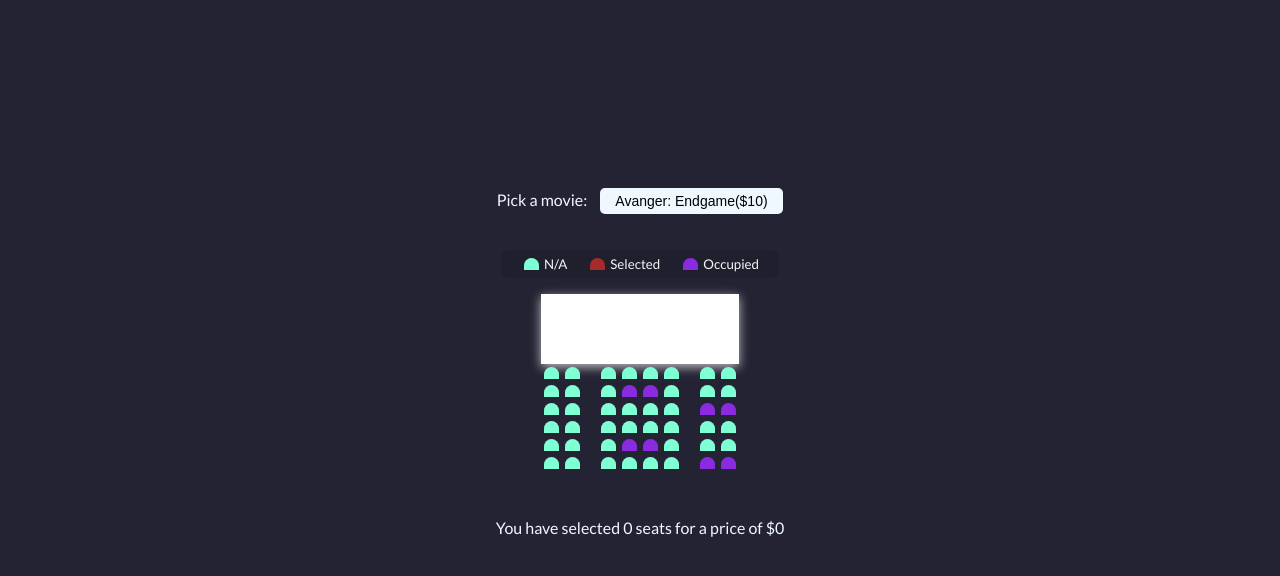
Repository: atko87/Movie-seat-Booking
Page: index.html
An editor plug-in stored every save of this project. The page is shown before and after the next save, followed by the edit.
The browser window is 1280 px wide. The pictures show the whole page.

Above is the page before, as saved 2020-03-08 14:10:51.

### index.html
<!DOCTYPE html>
<html lang="en">
  <head>
    <meta charset="UTF-8" />
    <meta name="viewport" content="width=device-width, initial-scale=1.0" />
    <link rel="stylesheet" href="style.css" />
    <title>Movie Seat Booking</title>
  </head>
  <body>
    <div class="movie-container">
      <label>Pick a movie:</label>
      <select id="movie">
        <option value="10">Avanger: Endgame($10)</option>
        <option value="12">Joker ($12)</option>
        <option value="8">Neretva($15)</option>
        <option value="9">Delfina ($20)</option>
      </select>
    </div>

    <ul class="showcase">
      <li>
        <div class="seat"></div>
        <small>N/A</small>
      </li>
      <li>
        <div class="seat selected"></div>
        <small>Selected</small>
      </li>
      <li>
        <div class="seat occupied"></div>
        <small>Occupied</small>
      </li>
    </ul>

    <div class="container">
      <div class="screen"></div>
      <div class="row">
        <div class="seat"></div>
        <div class="seat"></div>
        <div class="seat"></div>
        <div class="seat"></div>
        <div class="seat"></div>
        <div class="seat"></div>
        <div class="seat"></div>
        <div class="seat"></div>
      </div>
      <div class="row">
        <div class="seat"></div>
        <div class="seat"></div>
        <div class="seat"></div>
        <div class="seat occupied"></div>
        <div class="seat occupied"></div>
        <div class="seat"></div>
        <div class="seat"></div>
        <div class="seat"></div>
      </div>
      <div class="row">
        <div class="seat"></div>
        <div class="seat"></div>
        <div class="seat"></div>
        <div class="seat"></div>
        <div class="seat"></div>
        <div class="seat"></div>
        <div class="seat occupied"></div>
        <div class="seat occupied"></div>
      </div>
      <div class="row">
        <div class="seat"></div>
        <div class="seat"></div>
        <div class="seat"></div>
        <div class="seat"></div>
        <div class="seat"></div>
        <div class="seat"></div>
        <div class="seat"></div>
        <div class="seat"></div>
      </div>
      <div class="row">
        <div class="seat"></div>
        <div class="seat"></div>
        <div class="seat"></div>
        <div class="seat occupied"></div>
        <div class="seat occupied"></div>
        <div class="seat"></div>
        <div class="seat"></div>
        <div class="seat"></div>
      </div>
      <div class="row">
        <div class="seat"></div>
        <div class="seat"></div>
        <div class="seat"></div>
        <div class="seat"></div>
        <div class="seat"></div>
        <div class="seat"></div>
        <div class="seat occupied"></div>
        <div class="seat occupied"></div>
      </div>
    </div>
    <p class="text">
      You have selected <span id="count">0 </span>seats for a price of $<span
        id="total"
        >0</span
      >
    </p>
    <script src="script.js"></script>
  </body>
</html>

### style.css
@import url("https://fonts.googleapis.com/css?family=Lato&display=swap");

* {
  box-sizing: border-box;
}

body {
  background-color: #242333;
  color: aliceblue;
  display: flex;
  flex-direction: column;
  align-items: center;
  justify-content: center;
  height: 100vh;
  font-family: "Lato", sans-serif;
  margin: 0;
}

.movie-container {
  margin: 20px 0;
}

.movie-container select {
  background-color: aliceblue;
  border: 0;
  border-radius: 5px;
  font-size: 14px;
  margin-left: 10px;
  padding: 5px 15px 5px 15px;
  -moz-appearance: none;
  -webkit-appearance: none;
  appearance: none;
}

.container {
  perspective: 1000px;
  margin-bottom: 30px;
}

.seat {
  background-color: aquamarine;
  height: 12px;
  width: 15px;
  margin: 3px;
  border-top-left-radius: 10px;
  border-top-right-radius: 10px;
}
.seat.selected {
  background-color: brown;
}
.seat.occupied {
  background-color: blueviolet;
}
.seat:nth-of-type(2) {
  margin-right: 18px;
}
.seat:nth-last-of-type(2) {
  margin-left: 18px;
}
.seat:not(.occupied):hover {
  cursor: pointer;
  transform: scale(1.2);
}
.showcase.seat:not(.occupied):hover {
  cursor: default;
  transform: scale(1);
}
.showcase {
  background-color: rgba(0, 0, 0, 0.1);
  padding: 5px 10px;
  border-radius: 5px;
  color: whitesmoke;
  list-style-type: none;
  display: flex;
  justify-content: space-between;
}

.showcase li {
  display: flex;
  align-items: center;
  justify-content: center;
  margin: 0 10px;
}
.showcase li small {
  margin-left: 2px;
}
.row {
  display: flex;
}

.screen {
  background-color: white;
  height: 70px;
  width: 100%;
  margin: 15 px 0;
  transform: reotateX(-45deg);
  box-shadow: 0 3px 10px rgba(255, 255, 255, 0.7);
}

Loaded but not shown: script.js (no copy from this time; the picture is the same without it)

After the next save:
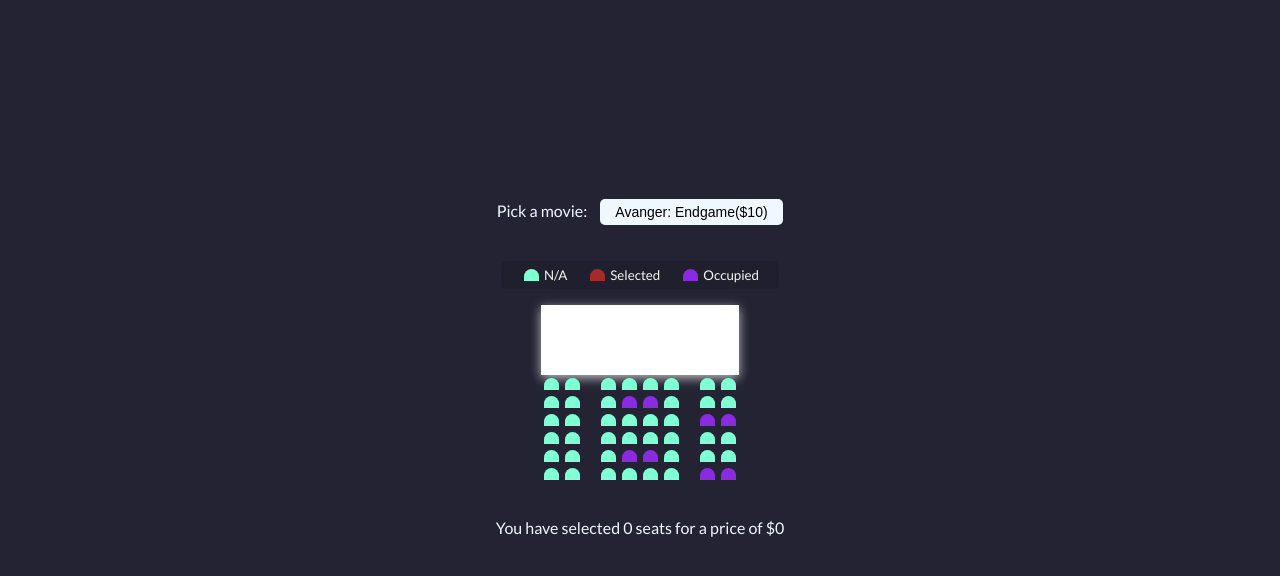
Saved 3 min 28 s later.
--- a/style.css
+++ b/style.css
@@ -96,3 +96,11 @@
   transform: reotateX(-45deg);
   box-shadow: 0 3px 10px rgba(255, 255, 255, 0.7);
 }
+
+p.text {
+  margin: 5px 0;
+}
+
+p.text span {
+  columns: #6feaf6;
+}
